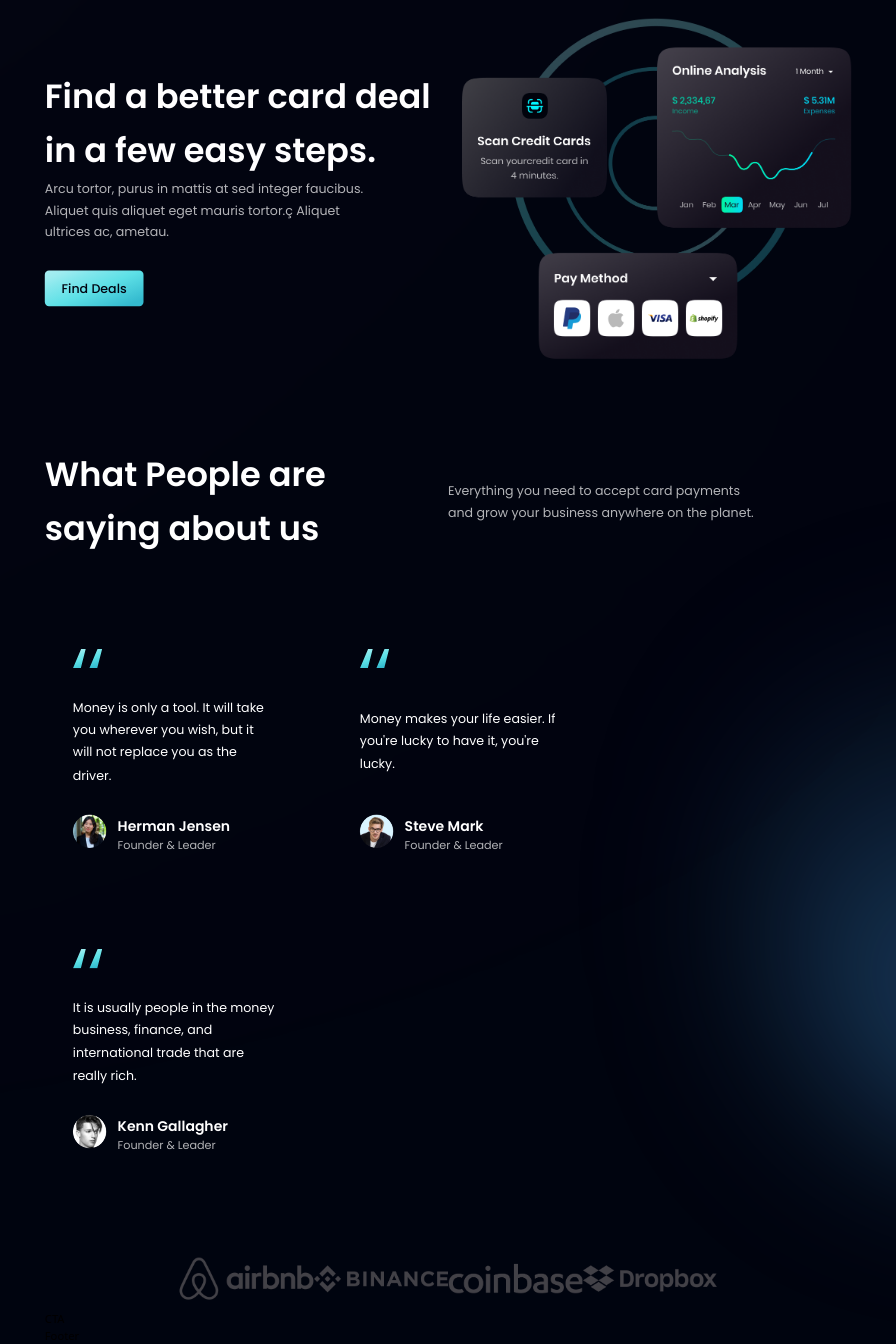
Repository: Carlito-Pedida/modern-app
Page: /
These files come from the project's save history. The page is drawn as it stood at one moment and after the next save; the edit follows.
The browser window is 1280 px wide. The pictures show the part of the page from y = 2222 to 4142 px (the page is 4142 px tall), at 70% of full size.
The project was rebuilt for these pictures with package versions that can differ from the ones it lists, and the page was loaded fresh each time. Also part of the build but not shown: vite.config.js.

Above is the page before, as saved 2024-11-16 11:51:58.

### src/App.jsx
import styles from "./style";
import {
  Navbar,
  Billing,
  CardDeal,
  Business,
  Clients,
  CTA,
  Stats,
  Footer,
  Testimonials,
  Hero,
} from "./components";

const App = () =>  {
  return (
    <div className="bg-primary w-full overflow-hidden">
      <div className={`${styles.paddingX} ${styles.flexCenter}`}>
        <div className={`${styles.boxWidth}`}>
          <Navbar/>
        </div>
      </div>

      <div className={`bg-primary ${styles.flexStart}`}>
        <div className={`${styles.boxWidth}`}>
          <Hero/>
        </div>
      </div>

      <div className={`bg-primary ${styles.paddingX} ${styles.flexStart}`}>
        <div className={`${styles.boxWidth}`}>
          <Stats/>
          <Business/>
          <Billing/>
          <CardDeal/>
          <Testimonials/>
          <Clients/>
          <CTA/>
          <Footer/>
        </div>
      </div>

    </div>
  )
}

export default App

### src/style.js
const styles = {
  boxWidth: "xl:max-w-[1280px] w-full",

  heading2: "font-poppins font-semibold xs:text-[48px] text-[40px] text-white xs:leading-[76.8px] leading-[66.8px] w-full",
  paragraph: "font-poppins font-normal text-dimWhite text-[18px] leading-[30.8px]",

  flexCenter: "flex justify-center items-center",
  flexStart: "flex justify-center items-start",

  paddingX: "sm:px-16 px-6",
  paddingY: "sm:py-16 py-6",
  padding: "sm:px-16 px-6 sm:py-12 py-4",

  marginX: "sm:mx-16 mx-6",
  marginY: "sm:my-16 my-6",
};

export const layout = {
  section: `flex md:flex-row flex-col ${styles.paddingY}`,
  sectionReverse: `flex md:flex-row flex-col-reverse ${styles.paddingY}`,

  sectionImgReverse: `flex-1 flex ${styles.flexCenter} md:mr-10 mr-0 md:mt-0 mt-10 relative`,
  sectionImg: `flex-1 flex ${styles.flexCenter} md:ml-10 ml-0 md:mt-0 mt-10 relative`,

  sectionInfo: `flex-1 ${styles.flexStart} flex-col`,
};

export default styles;

### src/components/index.js
import Navbar from "./Navbar";
import Billing from "./Billing";
import CardDeal from "./CardDeal";
import Business from "./Business";
import Clients from "./Clients";
import CTA from "./CTA";
import Stats from "./Stats";
import Footer from "./Footer";
import Testimonials from "./Testimonials";
import Hero from "./Hero";
import GetStarted from "./GetStarted";
import FeatureCard from "./FeatureCard";

export {
  Navbar,
  Billing,
  CardDeal,
  Business,
  Clients,
  CTA,
  Stats,
  Footer,
  Testimonials,
  Hero,
  GetStarted,
  FeatureCard
};

### src/components/Navbar.jsx
import React from 'react';
import {useState} from "react";
import { close, logo, menu } from "../assets";
import {navLinks} from "../constants"

const Navbar = () => {
const [toggle, setToggle] = useState(false)

  return (
    <nav className="w-full flex py-6 justify-between items-center navbar">
      <img src={logo} alt='hoobank' className='w-[124px] h-[32px ]' />

      <ul className='list-none sm:flex hidden justify-end items-center flex-1'>
        { navLinks.map((nav, index) => (
          <li key={nav.id} className={`font-poppins font-normal cursor-pointer text-[16px] ${index === navLinks.length - 1 ? 'mr-0' : "mr-10"} text-white`}>
              <a href={`#${nav.id}`}>
                {nav.title}
              </a>
          </li>
        ))
        }
      </ul>

      <div className='sm:hidden flex flex-1 justify-end items-center'>
        <img src={toggle ? close : menu} alt='menu' className='w-[28px] h-[28px] object-contain' onClick={() => setToggle((prev) => !prev)} />

        <div className={`${toggle ? 'flex' : 'hidden'} p-6 bg-black-gradient absolute top-20 right-0 mx-4 my-2 min-w-[140px] rounded-xl sidebar`}>
        <ul className='list-none sm:flex flex-col justify-end items-center flex-1'>
        { navLinks.map((nav, index) => (
          <li key={nav.id} className={`font-poppins font-normal cursor-pointer text-[16px] ${index === navLinks.length - 1 ? 'mr-0' : "mb-4"} text-white`}>
              <a href={`#${nav.id}`}>
                {nav.title}
              </a>
          </li>
        ))
        }
      </ul>
        </div>
      </div>
    </nav>
  )
}

export default Navbar

### src/components/Billing.jsx
import { apple, bill, google } from "../assets";
import styles, {layout} from "../style"

const Billing = () => (
    <section id="product" className={layout.sectionReverse}>
      <div className={layout.sectionImgReverse}>
        <img src={bill} alt="billing" className="w-[100%] h-[]100% relative z-[5]" />

        {/* gradient start */}
        <div className="absolute z-[3] -left-1/2 top-0 w-[50%] h-[50%]   rounded-full white__gradient" />
        <div className="absolute z-[0] w-[50%] h-[50%] -left-1/2 bottom-0 rounded-full pink__gradient" />
        {/* gradient end */}
      </div>

      <div className={layout.sectionInfo}>
        <h2 className={styles.heading2}>Easily control your <br className="sm:block hidden"/> billing & invoicing.</h2>
        <p className={`${styles.paragraph} max-w-[470px] mt-5`}>Elit enim sed massa etiam. Mauris eu adipiscing ultrices ametodio aenean neque. Fusce ipsum orci rhoncus aliporttitor integer platea placerat.</p>

        <div className="flex flex-row flex-wrap sm:mt-10 mt-6">

         <img src={apple} alt="applestore" className="w-[128px] h-[42px] object-contain mr-5 cursor-pointer " />

          <img src={google} alt="googleplay" className="w-[128px] h-[42px] object-contain cursor-pointer " />
        </div>
      </div>

    </section>
  )

export default Billing

### src/components/CardDeal.jsx
import {card} from "../assets";
import styles, {layout} from "../style"
import Button from "./Button";


const CardDeal = () => (
    <section className={layout.section}>
      <div className={layout.sectionInfo}>
        <h2 className={styles.heading2}>Find a better card deal <br className="sm:block hidden" /> in a few easy steps.</h2>
        <p className={`${styles.paragraph} max-w-[470px] mt-5x`}>Arcu tortor, purus in mattis at sed integer faucibus. Aliquet quis aliquet eget mauris tortor.ç Aliquet ultrices ac, ametau.</p>

        <Button  styles='mt-10' label='Find Deals' />
      </div>

      <div className={layout.sectionImg}>
        <img src={card} alt="card" className="w-[100%] h-[100%] " />
      </div>
    </section>
  )


export default CardDeal

### src/components/Business.jsx
import { features } from "../constants";
import styles, {layout} from "../style";
import Button from "./Button";
import FeatureCard from "./FeatureCard";

const Business = () => {
  return (
    <section id="features" className={layout.section}>
        <div className={layout.sectionInfo}>
          <h2 className={styles.heading2}>You do the business, <br className="sm:block hidden"/> we'll handle the money.</h2>
          <p className={`${styles.paragraph} max-w-[470px] mt-5`}>With the right credit card, you can improve your financial life by building credit, earning rewards and saving money. But with hundreds of credit cards on the market.</p>
          <Button styles='mt-10' label='Get Started'/>
        </div>

        <div className={`${layout.sectionImg} flex-col`}>
          {features.map((feature, index) => (
            <FeatureCard key={feature.id} {...feature} index={index} />
          ))}
        </div>
    </section>
  )
}

export default Business

### src/components/Clients.jsx
import { clients } from "../constants"
import styles from "../style"

const Clients = () => (
    <section className={`${styles.flexCenter} my-4`}>
      <div className={`${styles.flexCenter} flex-wrap w-full`}>
        {clients.map((client) => (
          <div key={client.id}>
            <img src={client.logo} alt="client"className="sm:w-[192px] w-[100px] object-contain" />
          </div>
        ))}
      </div>
    </section>
  )


export default Clients

### src/components/Stats.jsx
import { stats } from "../constants";
import styles from "../style";


const Stats = () => (
    <div className={`${styles.flexCenter} flex-row flex-wrap sm:mb-20 mb-6`}>
      {stats.map((stat) => (
        <div key={stat.id} className={`flex-1 flex justify-start items-center flex-row m-3`}>
          <h4 className="font-poppins font-semibold xs:text[40px] text-[30px] xs:leading-[53px] leading-[43px] text-white">{stat.value}</h4>
          <p className="font-poppins font-normal xs:text[20px] text-[15px] xs:leading-[26px] leading-[21px] text-gradient uppercase ml-3">{stat.title}</p>
          </div>
      ))}
    </div>
  )

export default Stats

### src/components/Testimonials.jsx
import {feedback} from "../constants"
import styles from "../style"
import FeedbackCard from "./FeedbackCard"

const Testimonials = () => (
  <section id="clients" className={`${styles.paddingY} ${styles.flexCenter} flex-col relative `}>
  <div className="absolute z-[0] w-[60%] h-[60%] -right-[50%] rounded-full blue__gradient bottom-40" />

  <div className="w-full flex justify-between items-center md:flex-row flex-col sm:mb-16 mb-6 relative z-[1]">
    <h2 className={styles.heading2}>
      What People are <br className="sm:block hidden" /> saying about us
    </h2>
    <div className="w-full md:mt-0 mt-6">
      <p className={`${styles.paragraph} text-left max-w-[450px]`}>
        Everything you need to accept card payments and grow your business
        anywhere on the planet.
      </p>
    </div>
  </div>

  <div className="flex flex-wrap sm:justify-start justify-center w-full feedback-container relative z-[1]">
    {feedback.map((card) => <FeedbackCard key={card.id} {...card} />)}
  </div>
</section>
  )


export default Testimonials

### src/components/Hero.jsx
import styles from '../style'
import {discount, robot} from '../assets'
import GetStarted from './GetStarted'

const Hero = () => (
    <section id='home' className={`flex md:flex-row flex-col ${styles.paddingY}`}>
        <div className={`flex-1 ${styles.flexStart} flex-col xl:px-0 sm:px-16 px-6`}>
      <div className='flex flex-row items-center py-[6px] px-4 bg-discount-gradient rounded-[10px] mb-2'>
        <img src={discount} alt='discount'
        className='w-[32px] h-[32px]' />
          <p className={`${styles.paragraph} ml-2`}>
          <span className='text-white'>20%</span> Discount For {" "}
          <span className='text-white'>1 Month</span> Account
        </p>
      </div>

      <div className='flex flex-row justify-between items-center w-full'>
        <h1 className='flex-1 font-poppins font-semibold ss:text-[72px] text-[52px] text-white ss:leading-[100.8px] leading-[75px]'>
          The Next <br className='"sm:block hidden'/>
          <span className='text-gradient'>Generation</span>
        </h1>

        <div className='ss:flex hidden md:mr-4 mr-0'>
          <GetStarted />
        </div>
      </div>

      <h1 className='font-poppins font-semibold ss:text-[68px] text-[52px] text-white ss:leading-[100.8px] leading-[75px] w-full'>Payment Method</h1>

      <p className={`${styles.paragraph} max-w-[470px] mt-5`}>Our team of experts uses a methodology to identify the credit cards most likely to fit your needs.
      We examine annual percentage rates, annual fees.</p>
        </div>

        <div className={`flex-1 flex ${styles.flexCenter} md:my-0 my-10 relative`}>
          <img src={robot} alt='billing' className='w-[100%] h-[100%] relative z-[5]'/>

           {/* gradient start */}
        <div className="absolute z-[0] w-[40%] h-[35%] top-0 pink__gradient" />
        <div className="absolute z-[1] w-[80%] h-[80%] rounded-full white__gradient bottom-40" />
        <div className="absolute z-[0] w-[50%] h-[50%] right-20 bottom-20 blue__gradient" />
        {/* gradient end */}
        </div>

        <div className={`ss:hidden ${styles.flexCenter}`}>
        <GetStarted />
      </div>
    </section>
  )


export default Hero

### src/components/GetStarted.jsx
import styles from "../style"
import { arrowUp } from "../assets"

const GetStarted = () => (
    <div className={`${styles.flexCenter} w-[140px] h-[140px] rounded-full bg-blue-gradient p-[2px] cursor-pointer`}>
      <div className={`${styles.flexCenter} flex-col bg-primary w-[100%] h-[100%] rounded-full`} >
        <div className={`${styles.flexStart} flex-row`}>
          <p className="font-poppins font-medium text-[18px] leading-[23px] mr-2">
            <span className="text-gradient">Get</span>
          </p>
          <img src={arrowUp} alt="arrow" className="w-[23px] h-[23px] object-contain"/>
        </div>
        <p className="font-poppins font-medium text-[18px] leading-[23px]">
            <span className="text-gradient">Started</span>
          </p>
      </div>
    </div>
  )


export default GetStarted

### src/components/FeatureCard.jsx
import styles from "../style";
import { features } from "../constants";

const FeatureCard = ({ icon, title, content, index }) =>
  ( <div className={`flex flex-row p-6 rounded-[20px] ${index !== features.length - 1 ? "mb-6" : "mb-0"} feature-card`}>
      <div className={`w-[64px] h-[64px] rounded-full ${styles.flexCenter} bg-dimBlue`}>
        <img src={icon} alt="star" className="w-[50%] h-[50%] object-contain" />
      </div>
      <div className="flex-1 flex flex-col ml-3">
        <h4 className="font-poppins font-semibold text-white text-[18px] leading-[23.4px] mb-1">
          {title}
        </h4>
        <p className="font-poppins font-normal text-dimWhite text-[16px] leading-[24px]">
          {content}
        </p>
      </div>
    </div>
  )
export default FeatureCard

### src/assets/index.js
import airbnb from "./airbnb.png";
import bill from "./bill.png";
import binance from "./binance.png";
import card from "./card.png";
import coinbase from "./coinbase.png";
import dropbox from "./dropbox.png";
import logo from "./logo.svg";
import quotes from "./quotes.svg";
import robot from "./robot.png";
import send from "./Send.svg";
import shield from "./Shield.svg";
import star from "./Star.svg";
import menu from "./menu.svg";
import close from "./close.svg";
import google from "./google.svg";
import apple from "./apple.svg";
import arrowUp from "./arrow-up.svg";
import discount from "./Discount.svg";
import facebook from "./facebook.svg";
import instagram from "./instagram.svg";
import linkedin from "./linkedin.svg";
import twitter from "./twitter.svg";
import people01 from "./people01.png";
import people02 from "./people02.png";
import people03 from "./people03.png";

export {
  airbnb,
  bill,
  binance,
  card,
  coinbase,
  dropbox,
  logo,
  quotes,
  robot,
  send,
  shield,
  star,
  menu,
  close,
  google,
  apple,
  arrowUp,
  discount,
  facebook,
  instagram,
  linkedin,
  twitter,
  people01,
  people02,
  people03,
};

### src/constants/index.js
import { people01, people02, people03, facebook, instagram, linkedin, twitter, airbnb, binance, coinbase, dropbox, send, shield, star  } from "../assets";

export const navLinks = [
  {
    id: "home",
    title: "Home",
  },
  {
    id: "features",
    title: "Features",
  },
  {
    id: "product",
    title: "Product",
  },
  {
    id: "clients",
    title: "Clients",
  },
];

export const features = [
  {
    id: "feature-1",
    icon: star,
    title: "Rewards",
    content:
      "The best credit cards offer some tantalizing combinations of promotions and prizes",
  },
  {
    id: "feature-2",
    icon: shield,
    title: "100% Secured",
    content:
      "We take proactive steps make sure your information and transactions are secure.",
  },
  {
    id: "feature-3",
    icon: send,
    title: "Balance Transfer",
    content:
      "A balance transfer credit card can save you a lot of money in interest charges.",
  },
];

export const feedback = [
  {
    id: "feedback-1",
    content:
      "Money is only a tool. It will take you wherever you wish, but it will not replace you as the driver.",
    name: "Herman Jensen",
    title: "Founder & Leader",
    img: people01,
  },
  {
    id: "feedback-2",
    content:
      "Money makes your life easier. If you're lucky to have it, you're lucky.",
    name: "Steve Mark",
    title: "Founder & Leader",
    img: people02,
  },
  {
    id: "feedback-3",
    content:
      "It is usually people in the money business, finance, and international trade that are really rich.",
    name: "Kenn Gallagher",
    title: "Founder & Leader",
    img: people03,
  },
];

export const stats = [
  {
    id: "stats-1",
    title: "User Active",
    value: "3800+",
  },
  {
    id: "stats-2",
    title: "Trusted by Company",
    value: "230+",
  },
  {
    id: "stats-3",
    title: "Transaction",
    value: "$230M+",
  },
];

export const footerLinks = [
  {
    title: "Useful Links",
    links: [
      {
        name: "Content",
        link: "https://www.hoobank.com/content/",
      },
      {
        name: "How it Works",
        link: "https://www.hoobank.com/how-it-works/",
      },
      {
        name: "Create",
        link: "https://www.hoobank.com/create/",
      },
      {
        name: "Explore",
        link: "https://www.hoobank.com/explore/",
      },
      {
        name: "Terms & Services",
        link: "https://www.hoobank.com/terms-and-services/",
      },
    ],
  },
  {
    title: "Community",
    links: [
      {
        name: "Help Center",
        link: "https://www.hoobank.com/help-center/",
      },
      {
        name: "Partners",
        link: "https://www.hoobank.com/partners/",
      },
      {
        name: "Suggestions",
        link: "https://www.hoobank.com/suggestions/",
      },
      {
        name: "Blog",
        link: "https://www.hoobank.com/blog/",
      },
      {
        name: "Newsletters",
        link: "https://www.hoobank.com/newsletters/",
      },
    ],
  },
  {
    title: "Partner",
    links: [
      {
        name: "Our Partner",
        link: "https://www.hoobank.com/our-partner/",
      },
      {
        name: "Become a Partner",
        link: "https://www.hoobank.com/become-a-partner/",
      },
    ],
  },
];

export const socialMedia = [
  {
    id: "social-media-1",
    icon: instagram,
    link: "https://www.instagram.com/",
  },
  {
    id: "social-media-2",
    icon: facebook,
    link: "https://www.facebook.com/",
  },
  {
    id: "social-media-3",
    icon: twitter,
    link: "https://www.twitter.com/",
  },
  {
    id: "social-media-4",
    icon: linkedin,
    link: "https://www.linkedin.com/",
  },
];

export const clients = [
  {
    id: "client-1",
    logo: airbnb,
  },
  {
    id: "client-2",
    logo: binance,
  },
  {
    id: "client-3",
    logo: coinbase,
  },
  {
    id: "client-4",
    logo: dropbox,
  },
];

### src/components/Button.jsx
import React from 'react'

const Button = ({styles, label}) => {
  return (
    <button type='button' className={`py-3 px-6 bg-blue-gradient font-poppins font-medium text-[18px] text-primary outline-none rounded-md ${styles}`}>{label}</button>
  )
}

export default Button

### src/components/FeedbackCard.jsx
import { quotes } from "../assets";

const FeedbackCard = ({ content, name, title, img }) => (
  <div className="flex justify-between flex-col px-10 py-12 rounded-[20px]  max-w-[370px] md:mr-10 sm:mr-5 mr-0 my-5 feedback-card">
    <img src={quotes} alt="double_quotes" className="w-[42.6px] h-[27.6px] object-contain" />
    <p className="font-poppins font-normal text-[18px] leading-[32.4px] text-white my-10">
      {content}
    </p>

    <div className="flex flex-row">
      <img src={img} alt={name} className="w-[48px] h-[48px] rounded-full" />
      <div className="flex flex-col ml-4">
        <h4 className="font-poppins font-semibold text-[20px] leading-[32px] text-white">
          {name}
        </h4>
        <p className="font-poppins font-normal text-[16px] leading-[24px] text-dimWhite">
          {title}
        </p>
      </div>
    </div>
  </div>
);


export default FeedbackCard;

### tailwind.config.js
/** @type {import('tailwindcss').Config} */
module.exports = {
  content: ["./index.html", "./src/**/*.{js,jsx}"],
  mode: "jit",
  theme: {
    extend: {
      colors: {
        primary: "#00040f",
        secondary: "#00f6ff",
        dimWhite: "rgba(255, 255, 255, 0.7)",
        dimBlue: "rgba(9, 151, 124, 0.1)"
      },
      fontFamily: {
        poppins: ["Poppins", "sans-serif"]
      }
    },
    screens: {
      xs: "480px",
      ss: "620px",
      sm: "768px",
      md: "1060px",
      lg: "1200px",
      xl: "1700px"
    }
  },
  plugins: []
};

Loaded but not shown: index.html (common file); src/main.jsx (common file); src/index.css (common file); src/components/CTA.jsx (common file); src/components/Footer.jsx (common file)

After the next save:
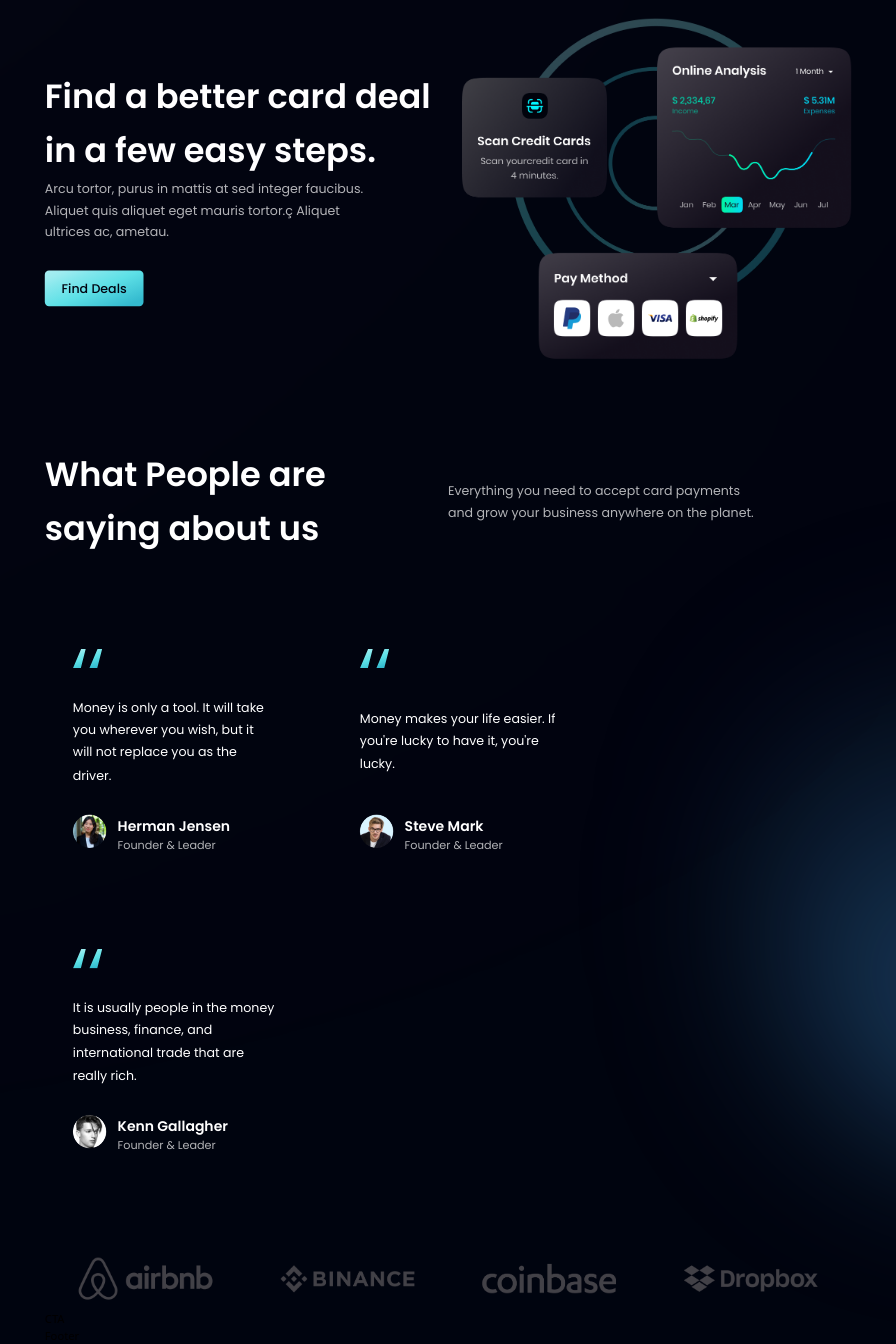
Saved 2 min 1 s later.
--- a/src/components/Clients.jsx
+++ b/src/components/Clients.jsx
@@ -5,7 +5,7 @@
     <section className={`${styles.flexCenter} my-4`}>
       <div className={`${styles.flexCenter} flex-wrap w-full`}>
         {clients.map((client) => (
-          <div key={client.id}>
+          <div key={client.id} className={`flex-1 ${styles.flexCenter} sm:min-1-[192px] min-w-[120px]`}>
             <img src={client.logo} alt="client"className="sm:w-[192px] w-[100px] object-contain" />
           </div>
         ))}
